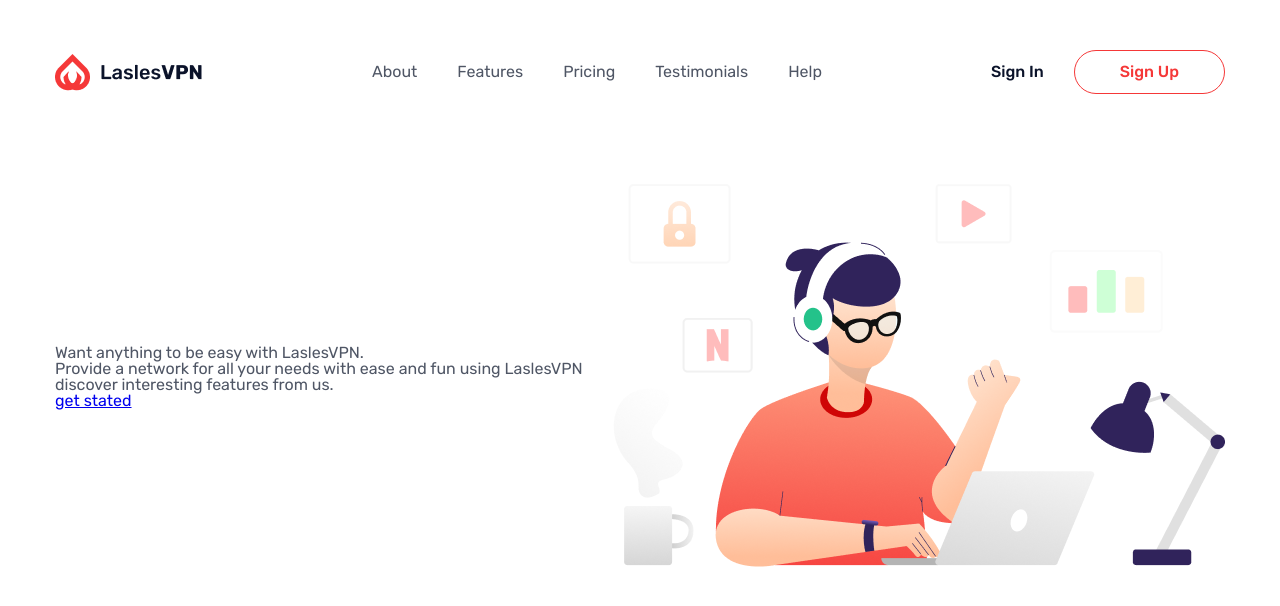
Repository: longvuht/lasles-VPN-vu
Page: index.html
These files come from the project's save history. The page is drawn as it stood at one moment and after the next save; the edit follows.
The browser window is 1280 px wide. The pictures show the whole page.
The style sheet was rebuilt from its Sass, Less or Tailwind sources for each picture, by a compiler version that may differ from the author's.

Above is the page before, as saved 2022-09-10 16:18:05.

### index.html
<!DOCTYPE html>
<html lang="en">
  <head>
    <meta charset="UTF-8" />
    <meta name="viewport" content="width=device-width, initial-scale=1.0" />
    <title>lasles vpn vu</title>
    <link rel="preconnect" href="https://fonts.googleapis.com" />
    <link rel="preconnect" href="https://fonts.gstatic.com" crossorigin />
    <link
      href="https://fonts.googleapis.com/css2?family=Rubik:wght@400;500;700&display=swap"
      rel="stylesheet"
    />
    <link rel="stylesheet" href="./css/style.css" />
  </head>
  <body>
    <div class="wrapper">
      <header class="header">
        <div class="container">
          <div class="header-container">
            <img
              src="./img/header-logo.png"
              alt="header logo"
              class="header-logo"
            />
            <ul class="menu">
              <li class="menu-item">
                <a href="#" class="menu-link">About</a>
              </li>
              <li class="menu-item">
                <a href="#" class="menu-link">Features</a>
              </li>
              <li class="menu-item">
                <a href="#" class="menu-link">Pricing</a>
              </li>
              <li class="menu-item">
                <a href="#" class="menu-link">Testimonials</a>
              </li>
              <li class="menu-item">
                <a href="#" class="menu-link">Help</a>
              </li>
            </ul>
            <div class="header-auth">
              <a href="#none" class="header-signin">sign in</a>
              <a href="#none" class="header-signup">sign up</a>
            </div>
          </div>
        </div>
      </header>
      <main>
        <section class="hero">
          <div class="container">
            <div class="hero-container">
              <div class="hero-content">
                <h1 class="hero-heading">
                  Want anything to be easy with <strong>LaslesVPN.</strong>
                </h1>
                <p class="hero-desc">
                  Provide a network for all your needs with ease and fun using
                  <strong>LaslesVPN</strong> discover interesting features from
                  us.
                </p>
                <a href="#" class="button button--primary">get stated</a>
              </div>
              <div class="hero-image">
                <img src="./img/hero-img.png" alt="hero image" />
              </div>
            </div>
          </div>
        </section>
      </main>
    </div>
  </body>
</html>

### sass/app.scss
@import "reset";
@import "variables";
@import "global";
@import "header";
@import "hero";

### sass/_variables.scss
$font: "Rubik", sans-serif;
$text-color: #4f5665;
$heading-color: #0b132a;
$primary-color: #f53838;
$grey-color: #dde0e4;

### sass/_global.scss
.wrapper {
  max-width: 1440px;
  margin: 0 auto;
}
.container {
  max-width: 1170px;
  margin: 0 auto;
  padding: 0 15px;
}

body {
  line-height: 1;
  font-family: $font;
  color: $text-color;
  font-size: 16px;
  font-weight: 400;
}

### sass/_header.scss
.header {
  padding-top: 50px;
  padding-bottom: 90px;
  &-container {
    display: flex;
    justify-content: space-between;
    align-items: center;
  }
  &-auth {
    display: flex;
    align-items: center;
    gap: 0 30px;
    text-transform: capitalize;
  }
  &-signin {
    font-weight: 500;
    color: $heading-color;
    text-decoration: none;
  }
  &-signup {
    padding: 13px 45px;
    border-radius: 100rem;
    color: $primary-color;
    border: 1px solid;
    font-weight: 500;
    text-decoration: none;
  }
}

.menu {
  list-style: none;
  display: flex;
  align-items: center;
  gap: 0 40px;
  &-link {
    color: inherit;
    text-decoration: none;
  }
}

### sass/_hero.scss
.hero {
  &-container {
    display: flex;
    justify-content: space-between;
    align-items: center;
  }
  &-content {
    width: 100%;
    max-width: 555px;
  }
  &-image {
  }
}

Loaded but not shown: sass/_reset.scss (common file)

After the next save:
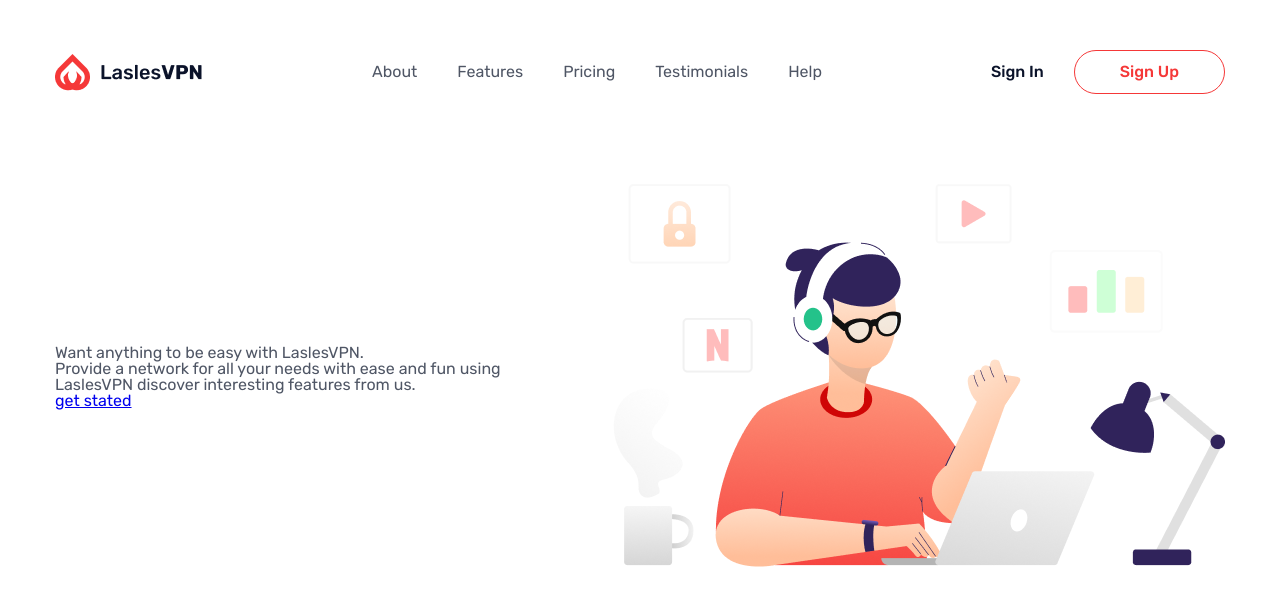
Saved 9 s later.
--- a/sass/_hero.scss
+++ b/sass/_hero.scss
@@ -3,6 +3,7 @@
     display: flex;
     justify-content: space-between;
     align-items: center;
+    gap: 0 40px;
   }
   &-content {
     width: 100%;
